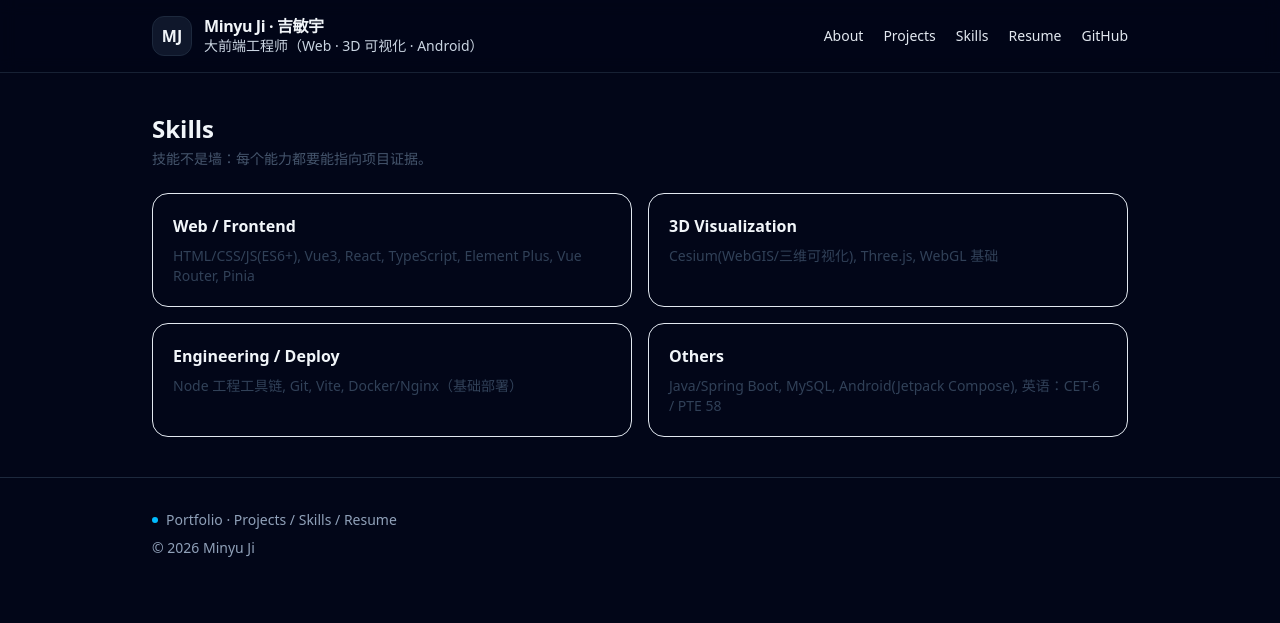
Repository: Andrew-JX/mj-portfolio
Page: /#/skills
The author's editor kept a copy of each file at every save. The page is drawn from the files as they stood at one save, then again after the next save.
The browser window is 1280 px wide. The pictures show the whole page.
The project was rebuilt for these pictures with package versions that can differ from the ones it lists, and the page was loaded fresh each time. Also part of the build but not shown: vite.config.ts, src/pages/AboutPage.vue, src/data/projects.ts, src/pages/ProjectsPage.vue, src/pages/ProjectDetailPage.vue, src/pages/ResumePage.vue.

Above is the page before, as saved 2026-01-06 21:57:00.

### index.html
<!doctype html>
<html lang="en">
  <head>
    <meta charset="UTF-8" />
    <link rel="icon" type="image/svg+xml" href="/vite.svg" />
    <meta name="viewport" content="width=device-width, initial-scale=1.0" />
    <title>Minyu Ji · 吉敏宇 | Portfolio</title>
  </head>
  <body>
    <div id="app"></div>
    <script type="module" src="/src/main.ts"></script>
  </body>
</html>

### src/main.ts
import { createApp } from 'vue'
import './styles/app.css'
import App from './App.vue'
import router from './router'

createApp(App).use(router).mount('#app')

### src/styles/app.css
@import "tailwindcss";

:root {
  color-scheme: dark;
}

html, body {
  height: 100%;
}

body {
  @apply bg-slate-950 text-slate-100;
}

/* 统一链接/选中文本的观感 */
a {
  @apply text-slate-200 hover:text-white;
}

::selection {
  @apply bg-sky-500/30;
}

### src/App.vue
<template>
  <div class="min-h-screen">
    <header class="sticky top-0 z-50 border-b border-slate-800/80 bg-slate-950/70 backdrop-blur">
      <div class="mx-auto max-w-5xl px-6 py-4 flex items-center justify-between">
        <div class="flex items-center gap-3">
          <div
            class="h-10 w-10 rounded-xl bg-slate-900 border border-slate-800 flex items-center justify-center font-semibold">
            MJ
          </div>
          <div class="leading-tight">
            <div class="font-semibold tracking-tight">Minyu Ji · 吉敏宇</div>
            <div class="text-sm text-slate-300">大前端工程师（Web · 3D 可视化 · Android）</div>
          </div>
        </div>

        <nav class="flex items-center gap-5 text-sm">
          <RouterLink class="text-slate-300 hover:text-white" to="/">About</RouterLink>
          <RouterLink class="text-slate-300 hover:text-white" to="/projects">Projects</RouterLink>
          <RouterLink class="text-slate-300 hover:text-white" to="/skills">Skills</RouterLink>
          <RouterLink class="text-slate-300 hover:text-white" to="/resume">Resume</RouterLink>

          <a class="text-slate-300 hover:text-white" href="https://github.com/Andrew-JX/" target="_blank"
            rel="noreferrer">
            GitHub
          </a>
        </nav>
      </div>
    </header>

    <main class="mx-auto max-w-5xl px-6 py-10">
      <RouterView />
    </main>

    <footer class="border-t border-slate-800">
      <div class="mx-auto max-w-5xl px-6 py-8 text-sm text-slate-400 flex flex-col gap-2">
        <div class="flex items-center gap-2">
          <span class="inline-block h-1.5 w-1.5 rounded-full bg-sky-400"></span>
          <span>Portfolio · Projects / Skills / Resume</span>
        </div>
        <div>© {{ new Date().getFullYear() }} Minyu Ji</div>
      </div>
    </footer>
  </div>
</template>

### src/router/index.ts
import { createRouter, createWebHashHistory } from 'vue-router'
import AboutPage from '@/pages/AboutPage.vue'
import ProjectsPage from '@/pages/ProjectsPage.vue'
import ProjectDetailPage from '@/pages/ProjectDetailPage.vue'
import SkillsPage from '@/pages/SkillsPage.vue'
import ResumePage from '@/pages/ResumePage.vue'

const router = createRouter({
  history: createWebHashHistory(),
  routes: [
    { path: '/', component: AboutPage },
    { path: '/projects', component: ProjectsPage },
    { path: '/projects/:slug', component: ProjectDetailPage },
    { path: '/skills', component: SkillsPage },
    { path: '/resume', component: ResumePage },
  ],
  scrollBehavior() {
    return { top: 0 }
  },
})

export default router

### src/pages/SkillsPage.vue
<template>
  <div class="space-y-6">
    <div>
      <h1 class="text-2xl font-semibold">Skills</h1>
      <p class="text-sm text-slate-600 mt-1">技能不是墙：每个能力都要能指向项目证据。</p>
    </div>

    <div class="grid md:grid-cols-2 gap-4">
      <section class="rounded-2xl border border-slate-200 p-5">
        <div class="font-semibold">Web / Frontend</div>
        <div class="text-sm text-slate-700 mt-2">
          HTML/CSS/JS(ES6+), Vue3, React, TypeScript, Element Plus, Vue Router, Pinia
        </div>
      </section>

      <section class="rounded-2xl border border-slate-200 p-5">
        <div class="font-semibold">3D Visualization</div>
        <div class="text-sm text-slate-700 mt-2">
          Cesium(WebGIS/三维可视化), Three.js, WebGL 基础
        </div>
      </section>

      <section class="rounded-2xl border border-slate-200 p-5">
        <div class="font-semibold">Engineering / Deploy</div>
        <div class="text-sm text-slate-700 mt-2">
          Node 工程工具链, Git, Vite, Docker/Nginx（基础部署）
        </div>
      </section>

      <section class="rounded-2xl border border-slate-200 p-5">
        <div class="font-semibold">Others</div>
        <div class="text-sm text-slate-700 mt-2">
          Java/Spring Boot, MySQL, Android(Jetpack Compose), 英语：CET-6 / PTE 58
        </div>
      </section>
    </div>
  </div>
</template>

After the next save:
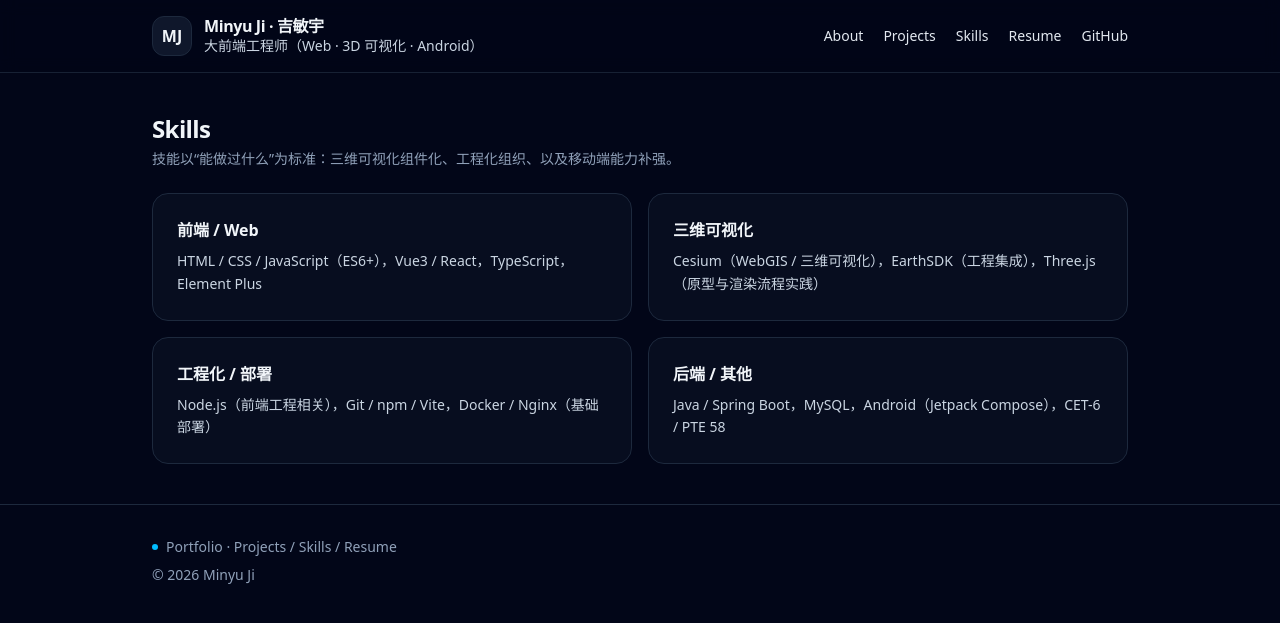
Saved 10 s later.
--- a/src/pages/SkillsPage.vue
+++ b/src/pages/SkillsPage.vue
@@ -1,36 +1,38 @@
 <template>
   <div class="space-y-6">
     <div>
-      <h1 class="text-2xl font-semibold">Skills</h1>
-      <p class="text-sm text-slate-600 mt-1">技能不是墙：每个能力都要能指向项目证据。</p>
+      <h1 class="text-2xl font-semibold tracking-tight">Skills</h1>
+      <p class="text-sm text-slate-400 mt-1">
+        技能以“能做过什么”为标准：三维可视化组件化、工程化组织、以及移动端能力补强。
+      </p>
     </div>
 
     <div class="grid md:grid-cols-2 gap-4">
-      <section class="rounded-2xl border border-slate-200 p-5">
-        <div class="font-semibold">Web / Frontend</div>
-        <div class="text-sm text-slate-700 mt-2">
-          HTML/CSS/JS(ES6+), Vue3, React, TypeScript, Element Plus, Vue Router, Pinia
+      <section class="rounded-2xl bg-slate-900/40 border border-slate-800 p-6 space-y-2">
+        <div class="font-semibold">前端 / Web</div>
+        <div class="text-sm text-slate-300 leading-relaxed">
+          HTML / CSS / JavaScript（ES6+），Vue3 / React，TypeScript，Element Plus
         </div>
       </section>
 
-      <section class="rounded-2xl border border-slate-200 p-5">
-        <div class="font-semibold">3D Visualization</div>
-        <div class="text-sm text-slate-700 mt-2">
-          Cesium(WebGIS/三维可视化), Three.js, WebGL 基础
+      <section class="rounded-2xl bg-slate-900/40 border border-slate-800 p-6 space-y-2">
+        <div class="font-semibold">三维可视化</div>
+        <div class="text-sm text-slate-300 leading-relaxed">
+          Cesium（WebGIS / 三维可视化），EarthSDK（工程集成），Three.js（原型与渲染流程实践）
         </div>
       </section>
 
-      <section class="rounded-2xl border border-slate-200 p-5">
-        <div class="font-semibold">Engineering / Deploy</div>
-        <div class="text-sm text-slate-700 mt-2">
-          Node 工程工具链, Git, Vite, Docker/Nginx（基础部署）
+      <section class="rounded-2xl bg-slate-900/40 border border-slate-800 p-6 space-y-2">
+        <div class="font-semibold">工程化 / 部署</div>
+        <div class="text-sm text-slate-300 leading-relaxed">
+          Node.js（前端工程相关），Git / npm / Vite，Docker / Nginx（基础部署）
         </div>
       </section>
 
-      <section class="rounded-2xl border border-slate-200 p-5">
-        <div class="font-semibold">Others</div>
-        <div class="text-sm text-slate-700 mt-2">
-          Java/Spring Boot, MySQL, Android(Jetpack Compose), 英语：CET-6 / PTE 58
+      <section class="rounded-2xl bg-slate-900/40 border border-slate-800 p-6 space-y-2">
+        <div class="font-semibold">后端 / 其他</div>
+        <div class="text-sm text-slate-300 leading-relaxed">
+          Java / Spring Boot，MySQL，Android（Jetpack Compose），CET-6 / PTE 58
         </div>
       </section>
     </div>
